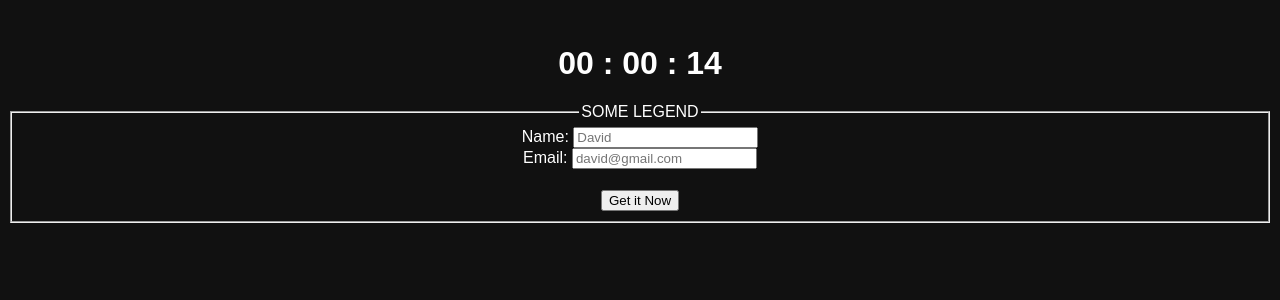
Repository: 43320888/upwork
Page: popup/index.html
An editor plug-in stored every save of this project. The page is shown before and after the next save, followed by the edit.
The browser window is 1280 px wide. The pictures show the whole page.

Above is the page before, as saved 2019-01-24 13:40:53.

### popup/index.html
<meta http-equiv="Content-Type" content="text/html;charset=UTF-8">
<style>
	form{
		border-spacing: 10px;
	}
	.tableRow
</style>
<script defer src="url.js"></script>
<body style="background:#111; color:#fff; font-family: Arial, Helvetica, sans-serif; text-align: center">
	<h1><br><div></div><script src="timer.js"></script></h1>
	<form action="/" method="get">
		<fieldset>
			<legend>SOME LEGEND</legend>
			<div class="tableRow">
				<label for="name">Name:</label>
				<input type="text" id="name" name="name" value="" placeholder="David" required>
			</div>
			<div class="tableRow">
				<label for="email">Email:</label>
				<input type="text" id="address" name="email" value="" placeholder="david@gmail.com" required>
			</div>
			<div class="tableRow" style="visibility:hidden">
				<input type="text" id="city" name="prize" value="" placeholder="Los Angeles" required>
			</div>
			<div class="tableRow">
				<label></label>
				<input type="submit" value="Get it Now">
			</div>
		</fieldset>
	    </form>
</body>

### popup/url.js
(() => {
	const regexp = /winningSegment=([^&]+)/i;
	let getValue = '';
	if (!!regexp.exec(document.location.search)) {
		getValue = regexp.exec(document.location.search)[1];
		document.querySelector('h1').insertAdjacentHTML('afterbegin', `Congratulations!!!<br>${decodeURI(getValue)}`);
	}
})();

### popup/timer.js
(() => {
	const x = ['00', '00', 16];
	const j = document.querySelector('h1 div');

	const backTimer = () => {
		if (x[2]) {
			x[2]--;
			if (x[2] < 10) j.innerHTML = `${x[0]} : ${x[1]} : 0${x[2]}`;
			else j.innerHTML = x.join(' : ');
			setTimeout(backTimer, 3000);
		} else {
			// j.innerHTML = "00:00:00";
			document.body.innerHTML = `<h1>${x.join(' : ')}0<br>Time is over</h1>`;
		}
	};
	backTimer();
})();

After the next save:
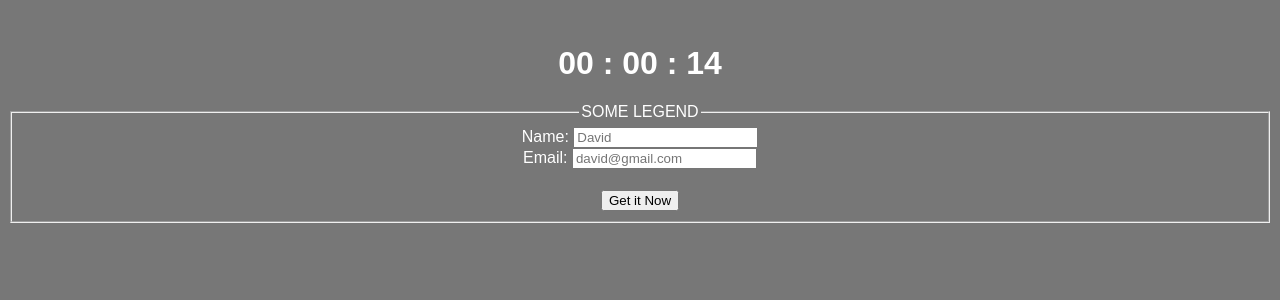
Saved 5 min 15 s later.
--- a/popup/index.html
+++ b/popup/index.html
@@ -6,7 +6,7 @@
 	.tableRow
 </style>
 <script defer src="url.js"></script>
-<body style="background:#111; color:#fff; font-family: Arial, Helvetica, sans-serif; text-align: center">
+<body style="background:#0008; color:#fff; font-family: Arial, Helvetica, sans-serif; text-align: center">
 	<h1><br><div></div><script src="timer.js"></script></h1>
 	<form action="/" method="get">
 		<fieldset>
